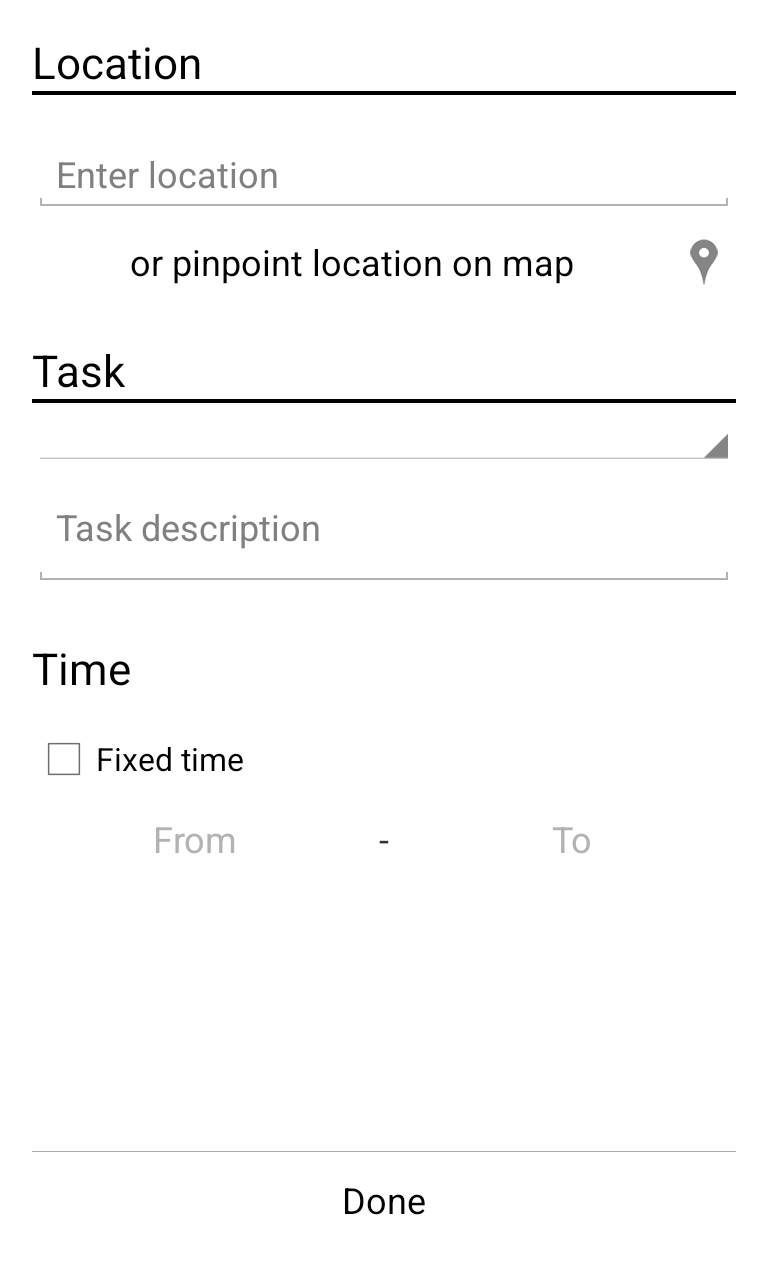
Repository: larserikstrand/IMT4904-Master
Layout: MTP/res/layout/activity_new_task.xml
The author's editor kept a copy of each file at every save. The layout is drawn from the files as they stood at one save, then again after the next save.
It is drawn on a 768 x 1280 px phone screen (xhdpi) without system bars, with theme android:Theme.Holo.Light; the app's code is not run.

Above is the layout before, as saved 2014-02-10 21:03:09.

### MTP/res/layout/activity_new_task.xml
<LinearLayout xmlns:android="http://schemas.android.com/apk/res/android"
    xmlns:tools="http://schemas.android.com/tools"
    android:layout_width="match_parent"
    android:layout_height="match_parent"
    android:paddingBottom="@dimen/activity_vertical_margin"
    android:paddingLeft="@dimen/activity_horizontal_margin"
    android:paddingRight="@dimen/activity_horizontal_margin"
    android:paddingTop="@dimen/activity_vertical_margin"
    android:orientation="vertical"
    tools:context=".NewTaskActivity" >

    <ScrollView android:layout_width="match_parent"
        android:layout_height="0dp"
        android:layout_weight="1" >

    	<LinearLayout android:layout_width="match_parent"
        	android:layout_height="wrap_content"
        	android:orientation="vertical" >

        	<TextView
        		android:layout_width="wrap_content"
        		android:layout_height="wrap_content"
        		android:text="@string/location"
        		android:textAppearance="?android:attr/textAppearanceLarge" />

        	<View android:layout_width="match_parent"
        		android:layout_height="2dp"
        		android:layout_marginBottom="20dp"
        		android:background="@android:color/black" />

    		<EditText android:id="@+id/location_edit"
        		android:layout_width="match_parent"
        		android:layout_height="wrap_content"
        		android:hint="@string/location_hint" />

    		<Button android:id="@+id/location_button"
        		android:layout_width="match_parent"
        		android:layout_height="wrap_content"
        		android:background="?android:attr/selectableItemBackground"
        		android:text="@string/pinpoint"
        		android:drawableRight="@drawable/ic_location_place" />

    		<TextView
        		android:layout_width="wrap_content"
        		android:layout_height="wrap_content"
        		android:layout_marginTop="15dp"
        		android:text="@string/task"
        		android:textAppearance="?android:attr/textAppearanceLarge" />

    		<View android:layout_width="match_parent"
        		android:layout_height="2dp"
        		android:background="@android:color/black" />

    		<Spinner android:id="@+id/category_spinner"
        		android:layout_width="match_parent"
        		android:layout_height="wrap_content" />

    		<EditText android:id="@+id/description_edit"
        		android:layout_width="match_parent"
        		android:layout_height="wrap_content"
        		android:layout_marginBottom="10dp"
        		android:lines="2"
        		android:hint="@string/task_description_hint" />

    		<TextView
        		android:layout_width="wrap_content"
        		android:layout_height="wrap_content"
        		android:layout_marginTop="15dp"
        		android:layout_marginBottom="15dp"
        		android:text="@string/time"
        		android:textAppearance="?android:attr/textAppearanceLarge" />

    		<CheckBox android:id="@+id/fixed_time_check"
        		android:layout_width="match_parent"
        		android:layout_height="wrap_content"
        		android:text="@string/fixed_time" />

    		<LinearLayout android:id="@+id/time_layout"
        		android:layout_width="match_parent"
        		android:layout_height="wrap_content"
        		android:orientation="horizontal" >

        		<Button android:id="@+id/from_button"
            		android:layout_width="0dp"
            		android:layout_height="wrap_content"
            		android:layout_weight="1"
            		android:layout_marginRight="10dp"
            		android:background="?android:attr/selectableItemBackground"
            		android:text="@string/from"
            		android:enabled="false" />

        		<TextView android:layout_width="wrap_content"
            		android:layout_height="wrap_content"
            		android:text="@string/divider"
            		android:textSize="18sp" />

        		<Button android:id="@+id/to_button"
            		android:layout_width="0dp"
            		android:layout_height="wrap_content"
            		android:layout_weight="1"
            		android:layout_marginLeft="10dp"
            		android:background="?android:attr/selectableItemBackground"
            		android:text="@string/to"
            		android:enabled="false" />

    		</LinearLayout>

    	</LinearLayout>

    </ScrollView>

    <View android:layout_width="match_parent"
        android:layout_height="0.2dp"
        android:background="@android:color/darker_gray" />

    <Button android:id="@+id/done_button"
        android:layout_width="match_parent"
        android:layout_height="wrap_content"
        android:background="?android:attr/selectableItemBackground"
        android:text="@string/done" />

</LinearLayout>

### MTP/res/values/strings.xml
<?xml version="1.0" encoding="utf-8"?>
<resources>

    <!-- Titles -->
    <string name="app_name">MTP</string>
    <string name="title_activity_list">ListActivity</string>
    <string name="title_activity_new_task">New Task</string>
    <string name="title_activity_map">Map</string>

    <!-- Menu -->
    <string name="action_settings">Settings</string>
    <string name="action_about">About</string>

    <!-- General -->
    <string name="today">Today</string>
    <string name="week">Week</string>
    <string name="all_tasks">All Tasks</string>
    <string name="task">Task</string>
    <string name="new_task_list">New task list</string>
    <string name="new_task">New task</string>
    <string name="edit_list">Edit list</string>
    <string name="edit">Edit</string>
    <string name="delete">Delete</string>
    <string name="set_date">Set date</string>
    <string name="save">Save</string>
    <string name="done">Done</string>
    <string name="location">Location</string>
    <string name="location_hint">Enter location</string>
    <string name="pinpoint">or pinpoint location on map</string>
    <string name="task_description_hint">Task description</string>
    <string name="time">Time</string>
    <string name="fixed_time">Fixed time</string>
    <string name="from">From</string>
    <string name="to">To</string>
    <string name="divider">-</string>

    <!-- Messages/Alerts -->


    <!-- Arrays -->
    <string-array name="undergraduate_tasks_array">
        <item>Attend lecture</item>
        <item>Write report</item>
        <item>Do course exercises</item>
        <item>Meeting</item>
        <item>Group work</item>
    </string-array>

    <string-array name="postgraduate_tasks_array">
        <item>Write thesis</item>
        <item>Meeting</item>
    </string-array>

</resources>

Loaded but not shown: MTP/res/values/dimens.xml (common file)

After the next save:
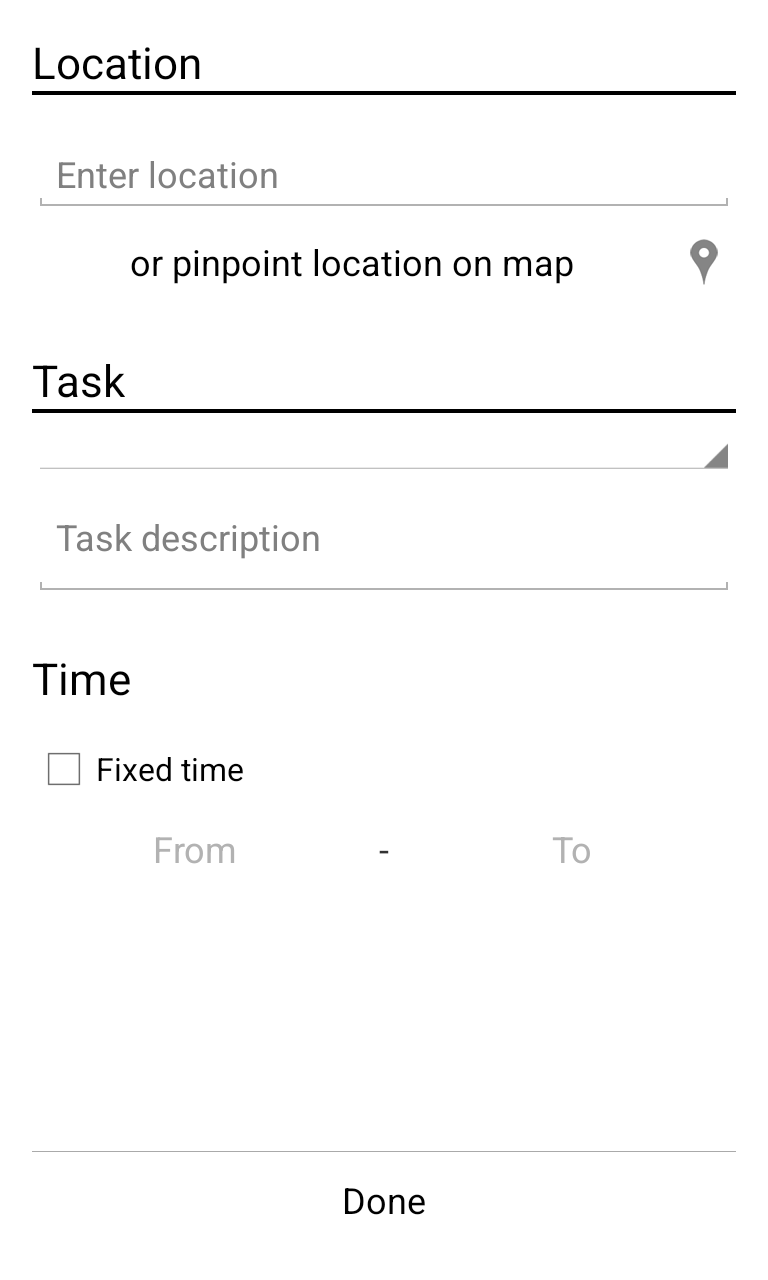
Saved 9 s later.
--- a/MTP/res/layout/activity_new_task.xml
+++ b/MTP/res/layout/activity_new_task.xml
@@ -43,7 +43,7 @@
     		<TextView
         		android:layout_width="wrap_content"
         		android:layout_height="wrap_content"
-        		android:layout_marginTop="15dp"
+        		android:layout_marginTop="20dp"
         		android:text="@string/task"
         		android:textAppearance="?android:attr/textAppearanceLarge" />
 
